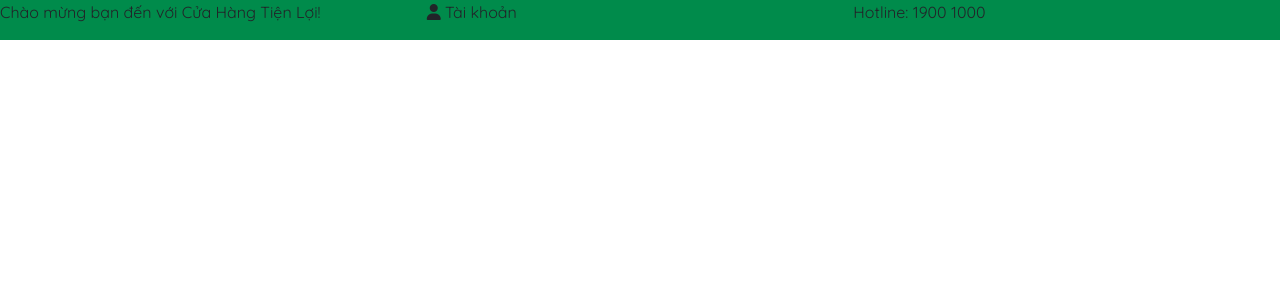
Repository: PAnhDuc/food.demo
Page: index.html
An editor plug-in stored every save of this project. The page is shown before and after the next save, followed by the edit.
The browser window is 1280 px wide. The pictures show the whole page.
Some web libraries are served in a nearby version.

Above is the page before, as saved 2024-11-13 19:44:40.

After the next save:
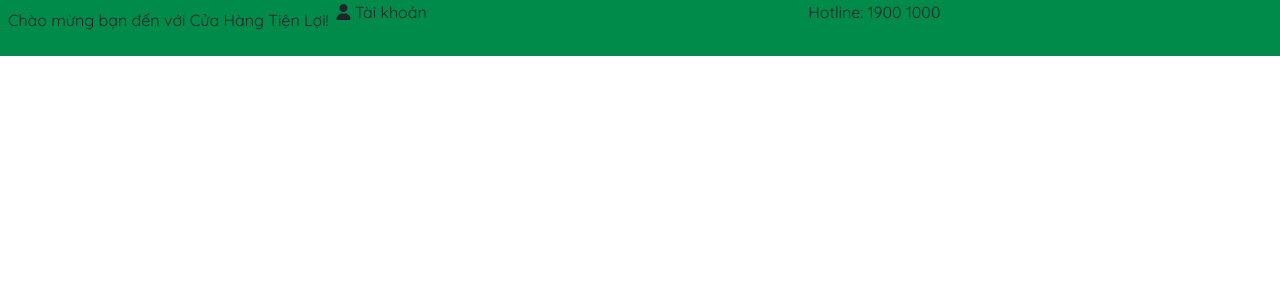
Saved 7 s later.
--- a/index.html
+++ b/index.html
@@ -16,7 +16,7 @@
 <body>
     <div class="top-bar">
         <div class="d-flex mb-3">
-            <div class="col">
+            <div class="me-auto p-2">
                 <p class="top_bar-left">Chào mừng bạn đến với Cửa Hàng Tiện Lợi!</p>
             </div>
             <div class="col">
